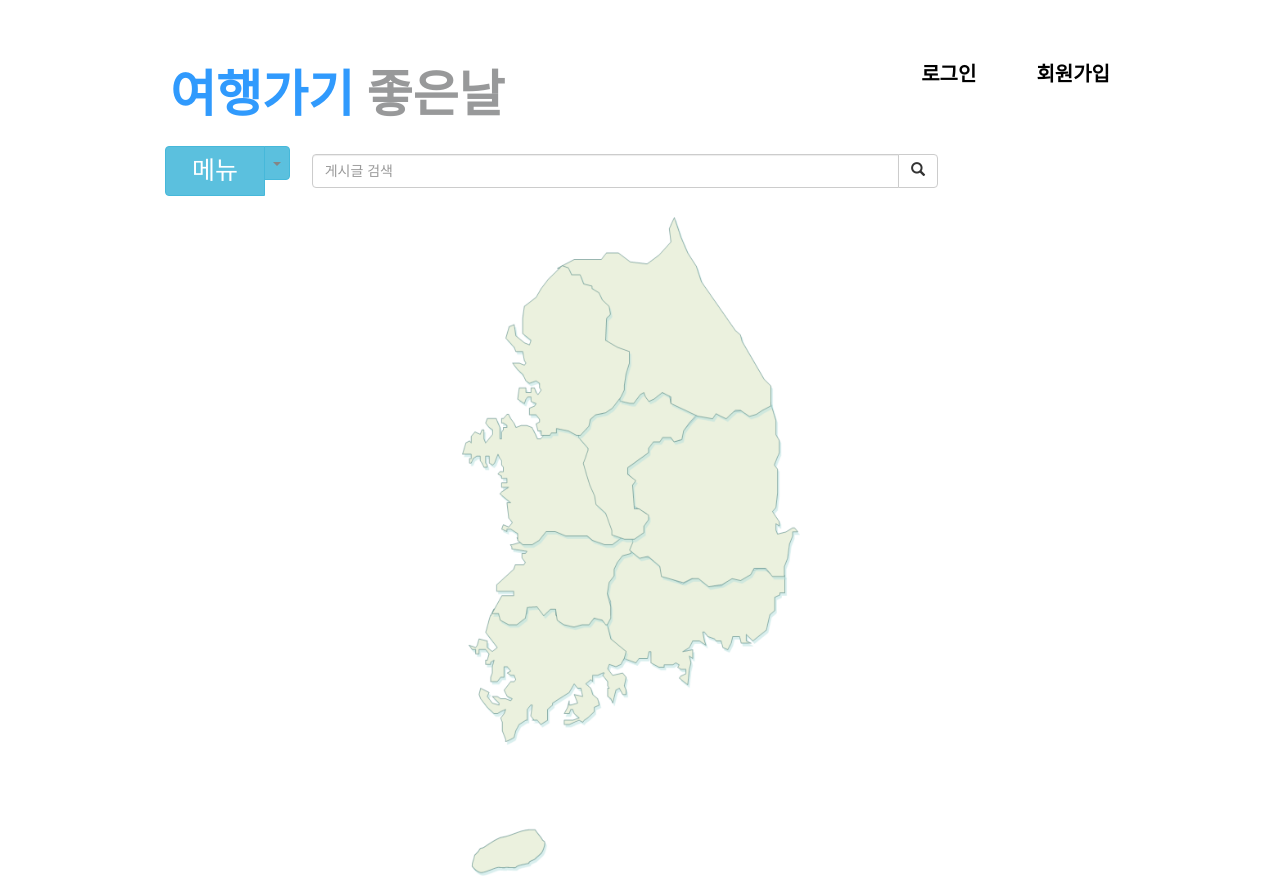
Repository: Hotmintchoco/teamProject1
Page: http://localhost/tripProject/mypage.jsp
The author's editor kept a copy of each file at every save. The page is drawn from the files as they stood at one save, then again after the next save.
The browser window is 1280 px wide. The pictures show the whole page.
Some web fonts or font styles are not loaded; a fallback is used. The page is served by Tomcat 9. Nobody is signed in. The application's start-up code is not run.

Above is the page before, as saved 2022-07-02 11:52:31.

After the next save:
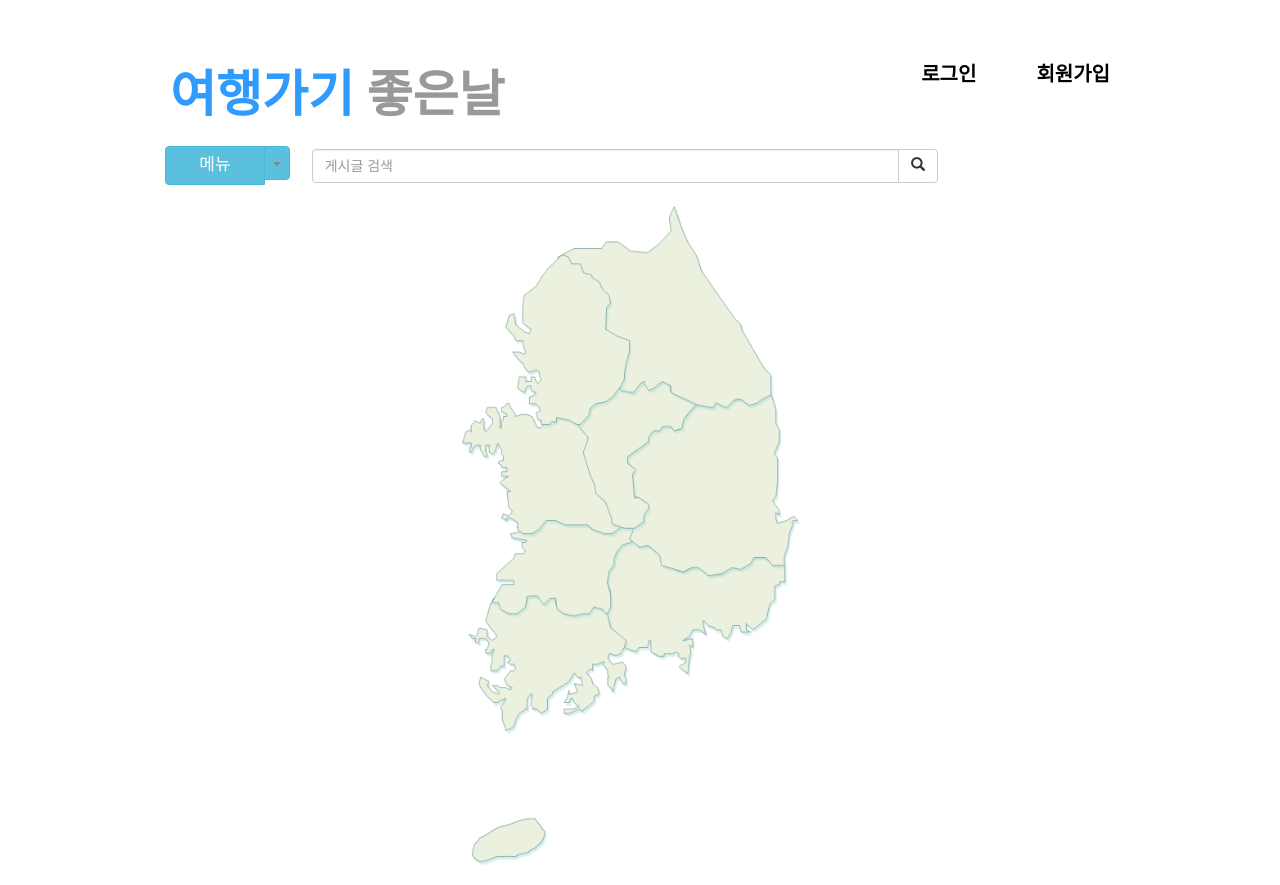
Saved 7 s later.
--- a/tripProject/src/main/webapp/mypage.jsp
+++ b/tripProject/src/main/webapp/mypage.jsp
@@ -47,7 +47,7 @@
 				<tr style="width: 100%;">
 					<td style="width: 17%;">
 						<div class="btn-group" style="margin-left: 25px;">
-							<button type="button" class="btn btn-info" style="width:100px; font-size: 25px;">메뉴</button>
+							<button type="button" class="btn btn-info" style="width:100px; font-size: 17px;">메뉴</button>
 							<button type="button" class="btn btn-info dropdown-toggle"
 								data-toggle="dropdown">
 								<span class="caret"></span>
